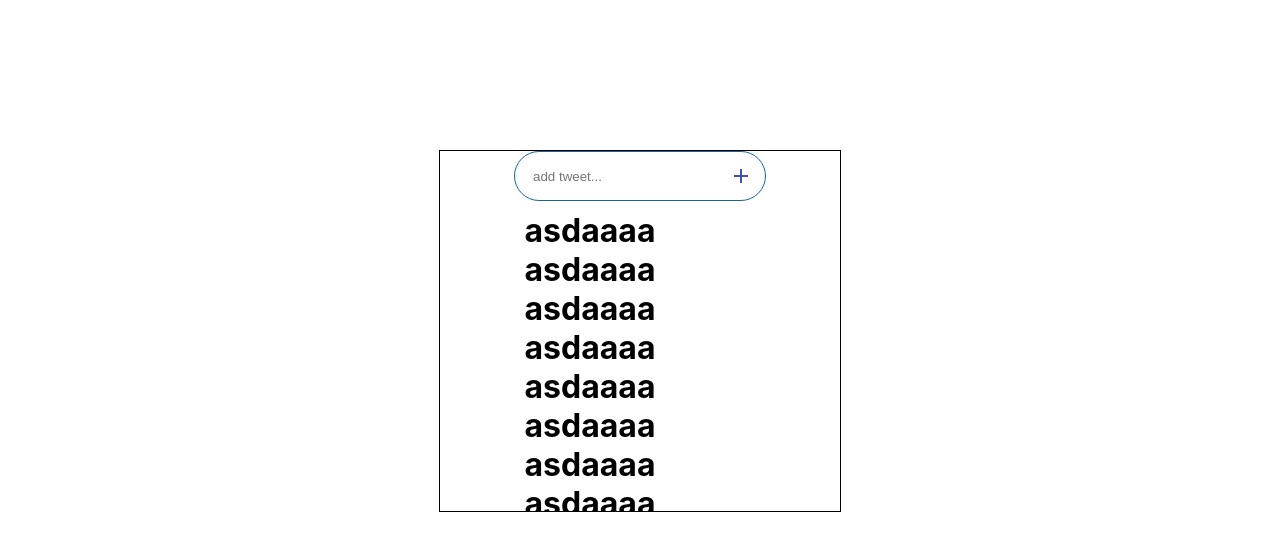
Repository: ehabmelhem/FullStack_Tweetapp
Page: /tweet (app in tweet-app-demo/)
These files come from the project's save history. The page is drawn as it stood at one moment and after the next save; the edit follows.
The browser window is 1280 px wide. The pictures show the whole page.
The project was rebuilt for these pictures with package versions that can differ from the ones it lists, and the page was loaded fresh each time. A package was used in the major version that the imports need, not the one package.json lists. Also part of the build but not shown: tweet-app-demo/src/Componets/Gotweet.js, tweet-app-demo/src/Componets/Login.css, tweet-app-demo/src/Componets/Login.js, tweet-app-demo/src/Componets/SignUp.css, tweet-app-demo/src/Componets/SignUp.js.

Above is the page before, as saved 2021-01-28 20:02:11.

After the next save:
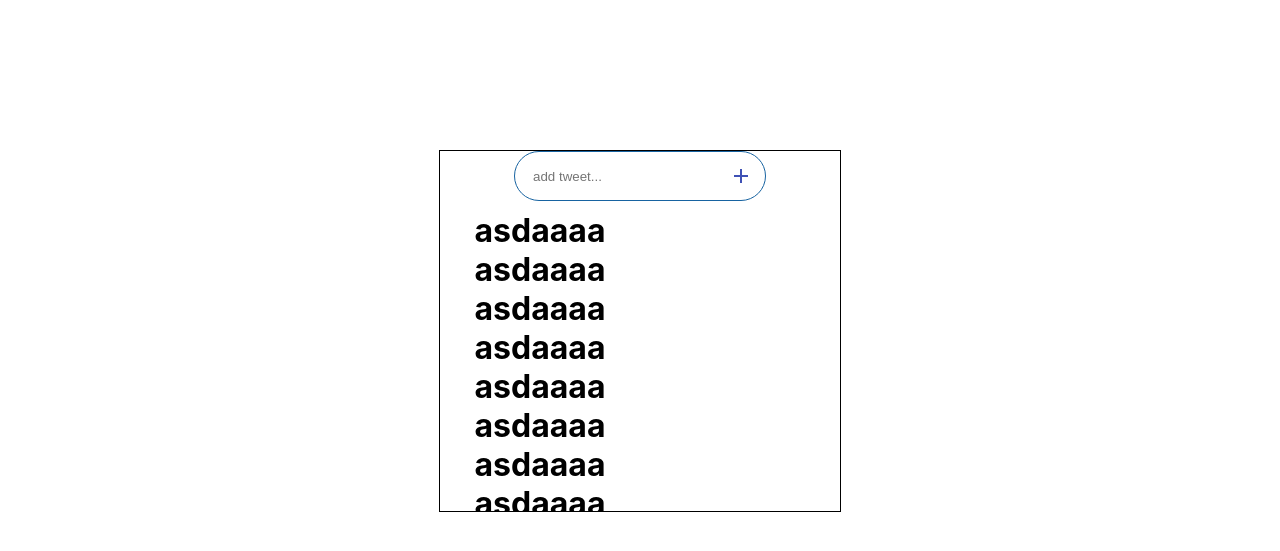
Saved 12 s later.
--- a/tweet-app-demo/src/Componets/Tweet.css
+++ b/tweet-app-demo/src/Componets/Tweet.css
@@ -40,5 +40,5 @@
   overflow-x: hidden; /* Hide horizontal scrollbar */
   height: 300px;
   width: fit-content;
-  padding-right: 100px;
+  padding-right: 200px;
 }
